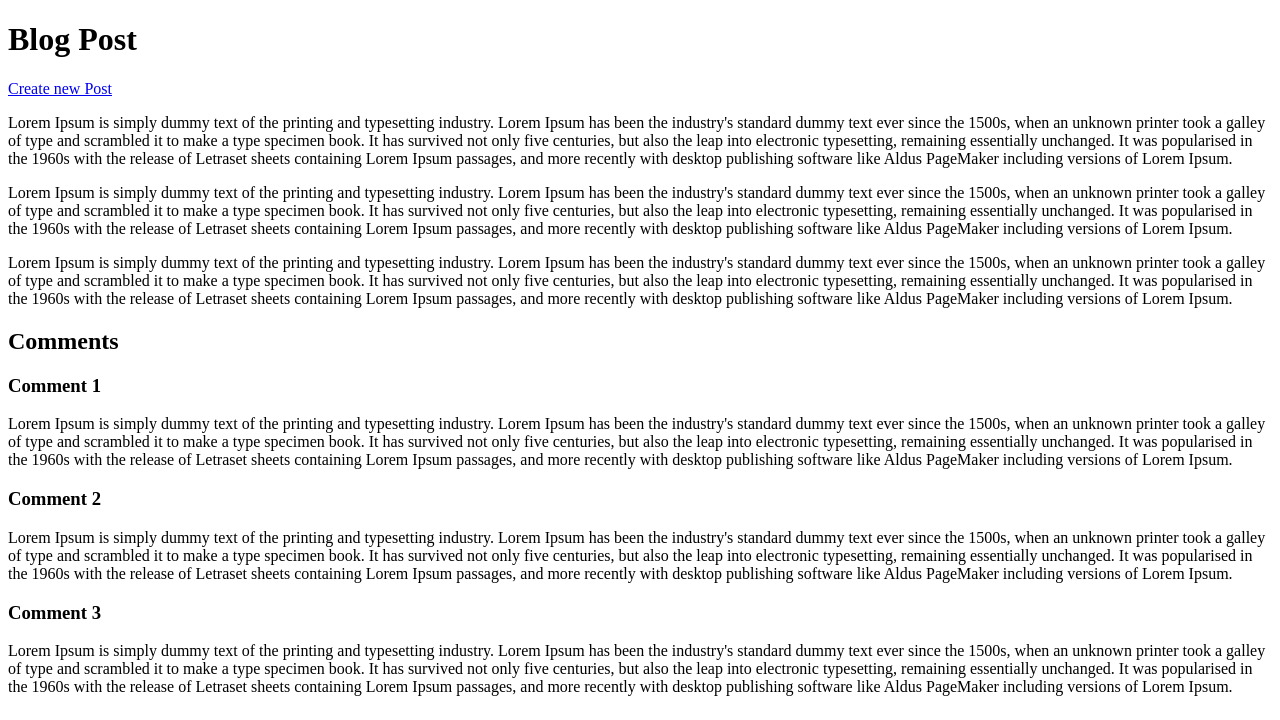
Repository: dishant8/Web-development
Page: public/WebDevWorkspace/experiment/WebContent/BlogPost.html
The author's editor kept a copy of each file at every save. The page is drawn from the files as they stood at one save, then again after the next save.
The browser window is 1280 px wide. The pictures show the whole page.

Above is the page before, as saved 2015-09-27 00:58:33.

After the next save:
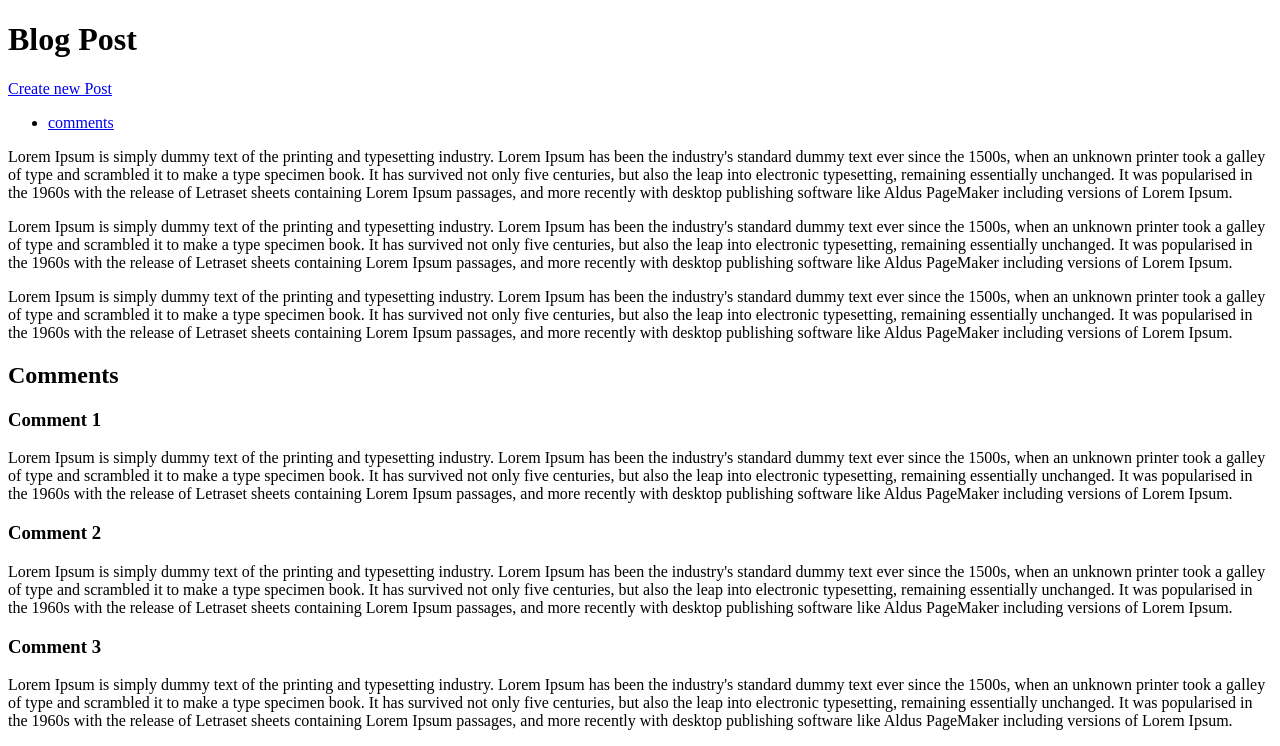
Saved 2 min 46 s later.
--- a/public/WebDevWorkspace/experiment/WebContent/BlogPost.html
+++ b/public/WebDevWorkspace/experiment/WebContent/BlogPost.html
@@ -13,7 +13,13 @@
 		</nav>
 	</header>
 
-	<nav></nav>
+	<nav>
+		<ul>
+			<li>
+			<a href="#comments">  comments </a>
+			</li>
+		</ul>
+	</nav>
 
 	<main>
 	<p>Lorem Ipsum is simply dummy text of the printing and typesetting
@@ -27,7 +33,7 @@
 		including versions of Lorem Ipsum.</p>
 	</main>
 
-		<p>Lorem Ipsum is simply dummy text of the printing and typesetting
+	<p>Lorem Ipsum is simply dummy text of the printing and typesetting
 		industry. Lorem Ipsum has been the industry's standard dummy text ever
 		since the 1500s, when an unknown printer took a galley of type and
 		scrambled it to make a type specimen book. It has survived not only
@@ -38,7 +44,7 @@
 		including versions of Lorem Ipsum.</p>
 	</main>
 
-		<p>Lorem Ipsum is simply dummy text of the printing and typesetting
+	<p>Lorem Ipsum is simply dummy text of the printing and typesetting
 		industry. Lorem Ipsum has been the industry's standard dummy text ever
 		since the 1500s, when an unknown printer took a galley of type and
 		scrambled it to make a type specimen book. It has survived not only
